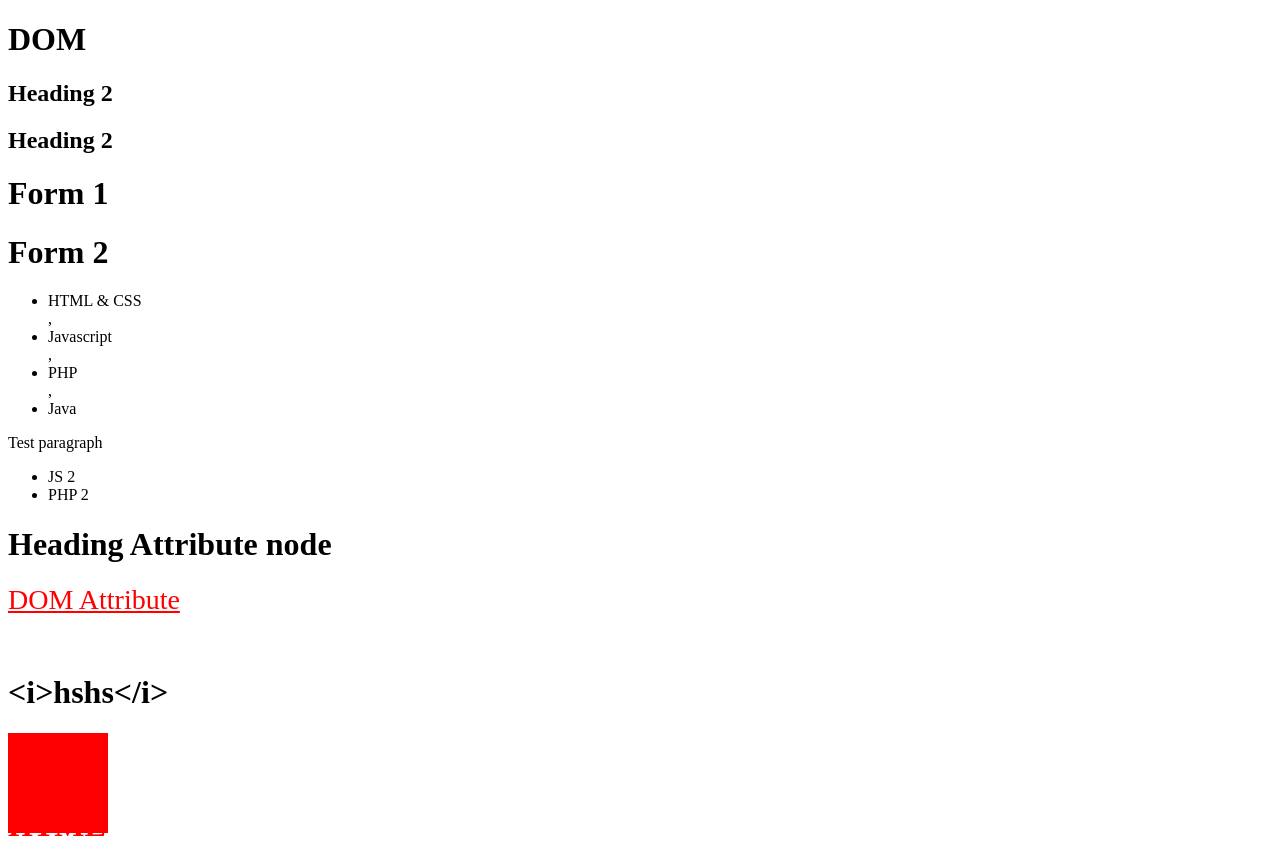
Repository: tannv3201/learn_JS_F8
Page: DOM/index.html
These files come from the project's save history. The page is drawn as it stood at one moment and after a run of saves; the edit follows.
The browser window is 1280 px wide. The pictures show the whole page.

Above is the page before, as saved 2022-08-08 13:27:59.

### DOM/index.html
<!DOCTYPE html>
<html lang="en">

<head>
  <meta charset="UTF-8" />
  <meta http-equiv="X-UA-Compatible" content="IE=edge" />
  <meta name="viewport" content="width=device-width, initial-scale=1.0" />
  <title>DOM</title>
</head>

<body>
  <h1 id="heading">DOM</h1>
  <h2 class="sub-heading"></h2>
  <h2 class="sub-heading"></h2>
  <h2 class="sub-heading"></h2>
  <p></p>
  <p></p>
  <div class="box">
    <h2 class="heading-2">Heading 2</h2>
    <h2 class="heading-2">Heading 2</h2>
  </div>

  <form action="" id="form1">
    <h1>Form 1</h1>
  </form>
  <form action="" id="form2">
    <h1>Form 2</h1>
  </form>

  <a href="" name="youtube"></a>

  <div class="box-1">
    <ul>
      <li>JS 1</li>
      <li>PHP 1</li>
    </ul>
    <p>Test paragraph</p>
  </div>
  <div class="box-2">
    <ul>
      <li>JS 2</li>
      <li>PHP 2</li>
    </ul>
  </div>

  <div class="box-attr">
    <h1 id="heading-attr" class="heading-attr" title="Heading">
      Heading Attribute node
    </h1>
  </div>

  <a id="dom-attr" contenteditable="">
    DOM Attribute
  </a>

  <h1 class="heading-innertext">
    Heading Text
    <style>
      .boxx {
        width: 100px;
        height: 100px;
      }
    </style>
  </h1>

  <!-- innerHTML & outerHTML -->
  <div class="box-element">

  </div>
  <ul class="courses-list">

  </ul>
  <script src="./main.js"></script>
</body>

</html>

### DOM/main.js
/**
* @type {HTMLElement}
*/
/**
 * DOM:
  Là quy chuẩn mô tả mô hình của các thành phần trong tài liệu HTML được đưa ra bởi W3C.
 - DOM (Document Object Model) có 3 thành phần:
    1. Element
    2. Attribute
    3. Text
 */

/**
 * DOM API
 Là bộ API nằm trong Web API có mặt trên những môi trường hỗ trợ duyệt web - như trên trình duyệt. DOM API cung cấp các đối tượng và phương thức hỗ trợ truy xuất, chỉnh sửa các đối tượng / thành phần trong DOM.
 */

/**
 * JS cung cấp phương tiện truy xuất HTML DOM
 * JS: Brower | Server (NodeJS)
 * Brower: HTML -> DOM -> DOM API
 * API: Application Programming Interface
 */

/**
 * Document object
 */

// Get element methods
// ID
// var headingNode = document.getElementById('heading')
// console.log(headingNode)

// query selector
var headingNode = document.querySelector('.box .heading-2:nth-child(2)')
console.log('querySelector', headingNode)

var headingNodes = document.querySelectorAll('.heading-2')
console.log('querySelectorAll', headingNodes)
console.log('querySelectorAll[]',headingNodes[0])

// Collection (a, form, images, ...)
console.log('document.forms[\'form1\']',document.forms['form1'])
console.log('document.forms',document.forms)
console.log('document.forms.form2', document.forms.form2)
console.log('document.anchors',document.anchors) // trả về các thẻ a có attribute name=""


// class: lấy ra số nhiều (mảng)
var subHeadingNodes = document.getElementsByClassName('sub-heading')
console.log('getElementsByClassName', subHeadingNodes)

// tag : tương tự như class
var tagName = document.getElementsByTagName('p')
console.log(tagName)


// Ví dụ
var boxNode =
    document.querySelector('.box-1');
// Công việc 1: sử dụng `boxNode`
console.log(boxNode)

// Công việc 2: sử dụng tới các li element là con của `.box-1`
console.log(boxNode.querySelectorAll('li'))
console.log(boxNode.querySelector('p'))

// 1. getElementById: trả về trực tiếp Element
// 2. getElementsByClassName: trả về HTMLCollection (mảng), muốn get Element phải dùng index []
console.log('querySelectorAll[]',headingNodes[0])
// 3. getElementsByTagName: trả về HTMLCollection (mảng)
// 4. querySelector: trả về trực tiếp Element
// 5. querySelectorAll: trả về NodeList
// 6. HTML Collection (form, a, images, ...)
console.log('document.forms',document.forms)
console.log('document.forms[\'form1\']',document.forms['form1'])
console.log('document.forms[O]',document.forms[0])
console.log('document.forms.form2', document.forms.form2)

// 7. document.write: in ra ngay sau khi được thực thi

//*******************************************************************

// Attribute node & Text node
// Được lấy ra từ node Element

// ******************************************************************
// DOM attributes

// seter: set giá trị bằng toán tử gán
var domAttr = document.querySelector('#dom-attr')
domAttr.title = 'heading' //chỉ xuất hiện khi js được thực thi
domAttr.className = 'className'
domAttr.href = '#'
console.log(domAttr)

// Set attribute không hợp lệ cho một Element nào đó (set tùy biến)
// setAttribute(tên attr, giá trị của attr)
domAttr.setAttribute('alt', '#')

// get value của attribute
// Được thêm HTML hay JS element tồn tại trong DOM -> đều có thể get được
//
console.log(domAttr.getAttribute('id'))
console.log(domAttr.getAttribute('title'))
console.log(domAttr.title) // chỉ dùng khi attribute hợp lệ
domAttr.setAttribute('style','font-size:28px; color:red;')


// *****************************************************************
// InnerText vs textContent Property:

// innerText: là thuộc tính của ElementNode (phải đi qua Node này)
// innerText:
// Chỉ lấy ra những gì hiển thị trên trình duyệt
// dùng ES6 ``. các khoảng cách sẽ chuyển thành thẻ <br>
var headingElement = document.querySelector('.heading-innertext')
console.log('inner Text: ',headingElement.innerText)
// headingElement.innerText = 'New Heading'

// textContent
// Bỏ qua các tag nhưng vẫn Lấy ra khoảng cách thực sự của Element, kể cả là css
// dùng ES6 ``. vẫn hiển thị khoảng cách nhưng HTML không hiểu

console.log('text Content: ',headingElement.textContent)
 headingElement.innerText = `
 <i>hshs</i>`
console.log('inner Text: ',headingElement.innerText)


// ******************************************************************
// Thêm attributeNode, textNode, Element vào trong 1 Element trong DOM
// innerHTML & outerHTML là 2 thuộc tính của ElementNode
// InnerHTML
    var boxElement = document.querySelector('.box-element');
    boxElement.innerHTML = '<h1 style="color:red;">Đây là inner HTML</h1>' //Thêm trực tiếp dưới dạng ElementNode, bỏ tag đi sẽ thành textNode
    console.log(boxElement.querySelector('h1').innerText)

// OuterHTML

    // Bài tập
    var coursess = ['HTML & CSS', 'Javascript', 'PHP', 'Java']

    function render(courses) {
        const ul = document.querySelector('ul');
        const output = courses.map((items)=>{
            return `<li>${items}</li>`
        })
        // output.join('') có hoặc k đều được
        ul.innerHTML = output

    }
    render(coursess)

    // ****************************************
    // Node properties
    console.log(boxElement.baseURI)

    // *********************
// DOM Style
var boxElement2 = document.querySelector('.box-element');
boxElement2.style.width = '100px';
boxElement2.style.height = '100px';
boxElement2.style.backgroundColor = 'red';

console.log(boxElement2)

After the next 2 saves:
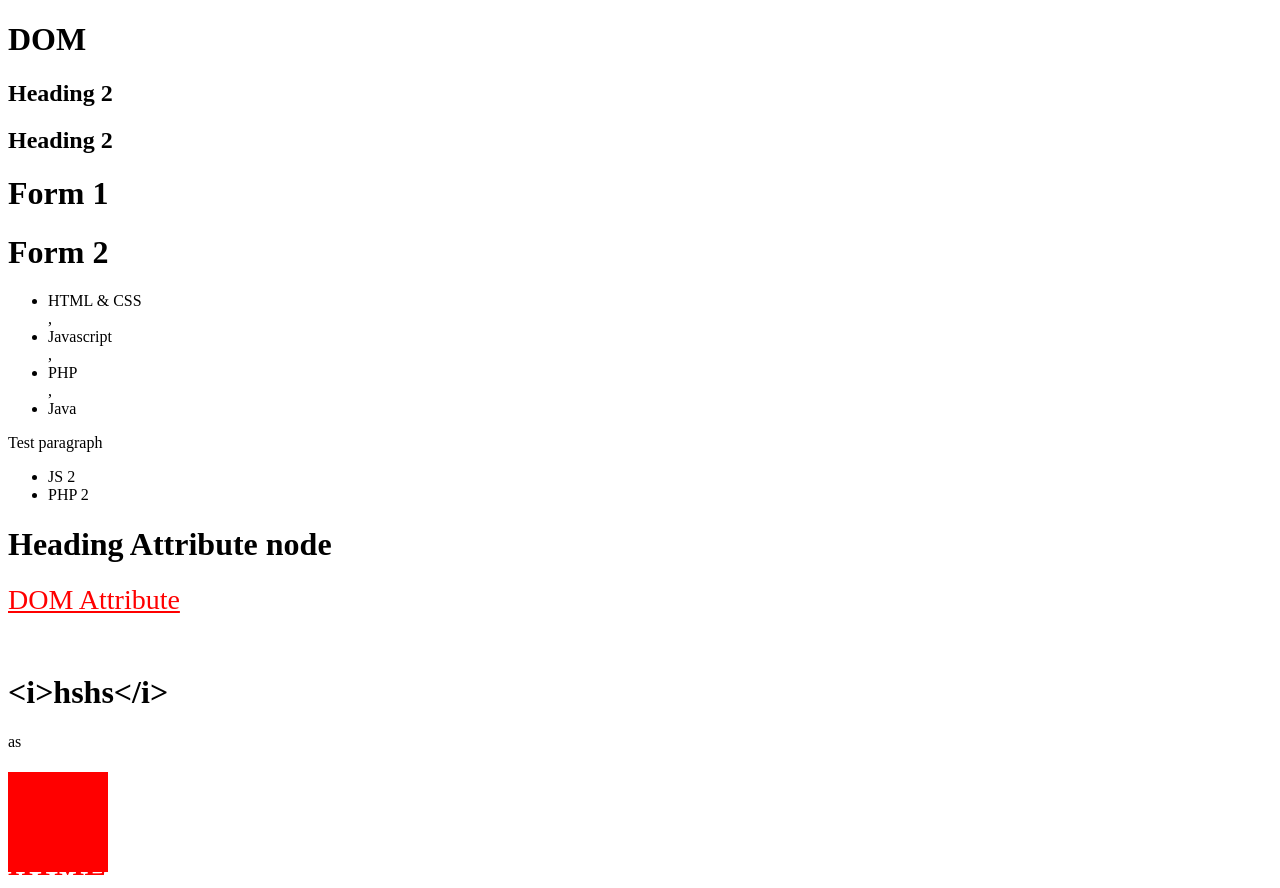
The 2 saves are shown as one change because they came seconds apart.
The last was saved 2 min 17 s later.
--- a/DOM/index.html
+++ b/DOM/index.html
@@ -2,75 +2,75 @@
 <html lang="en">
 
 <head>
-  <meta charset="UTF-8" />
-  <meta http-equiv="X-UA-Compatible" content="IE=edge" />
-  <meta name="viewport" content="width=device-width, initial-scale=1.0" />
-  <title>DOM</title>
+    <meta charset="UTF-8" />
+    <meta http-equiv="X-UA-Compatible" content="IE=edge" />
+    <meta name="viewport" content="width=device-width, initial-scale=1.0" />
+    <title>DOM</title>
 </head>
 
 <body>
-  <h1 id="heading">DOM</h1>
-  <h2 class="sub-heading"></h2>
-  <h2 class="sub-heading"></h2>
-  <h2 class="sub-heading"></h2>
-  <p></p>
-  <p></p>
-  <div class="box">
-    <h2 class="heading-2">Heading 2</h2>
-    <h2 class="heading-2">Heading 2</h2>
-  </div>
+    <h1 id="heading">DOM</h1>
+    <h2 class="sub-heading"></h2>
+    <h2 class="sub-heading"></h2>
+    <h2 class="sub-heading"></h2>
+    <p></p>
+    <p></p>
+    <div class="box">
+        <h2 class="heading-2">Heading 2</h2>
+        <h2 class="heading-2">Heading 2</h2>
+    </div>
 
-  <form action="" id="form1">
-    <h1>Form 1</h1>
-  </form>
-  <form action="" id="form2">
-    <h1>Form 2</h1>
-  </form>
+    <form action="" id="form1">
+        <h1>Form 1</h1>
+    </form>
+    <form action="" id="form2">
+        <h1>Form 2</h1>
+    </form>
 
-  <a href="" name="youtube"></a>
+    <a href="" name="youtube"></a>
 
-  <div class="box-1">
-    <ul>
-      <li>JS 1</li>
-      <li>PHP 1</li>
-    </ul>
-    <p>Test paragraph</p>
-  </div>
-  <div class="box-2">
-    <ul>
-      <li>JS 2</li>
-      <li>PHP 2</li>
-    </ul>
-  </div>
+    <div class="box-1">
+        <ul>
+            <li>JS 1</li>
+            <li>PHP 1</li>
+        </ul>
+        <p>Test paragraph</p>
+    </div>
+    <div class="box-2">
+        <ul>
+            <li>JS 2</li>
+            <li>PHP 2</li>
+        </ul>
+    </div>
 
-  <div class="box-attr">
-    <h1 id="heading-attr" class="heading-attr" title="Heading">
-      Heading Attribute node
-    </h1>
-  </div>
+    <div class="box-attr">
+        <h1 id="heading-attr" class="heading-attr" title="Heading">
+            Heading Attribute node
+        </h1>
+    </div>
 
-  <a id="dom-attr" contenteditable="">
+    <a id="dom-attr" contenteditable="">
     DOM Attribute
   </a>
 
-  <h1 class="heading-innertext">
-    Heading Text
-    <style>
-      .boxx {
-        width: 100px;
-        height: 100px;
-      }
-    </style>
-  </h1>
+    <h1 class="heading-innertext">
+        Heading Text
+        <style>
+            .boxx {
+                width: 100px;
+                height: 100px;
+            }
+        </style>
+    </h1>
+    as
+    <!-- innerHTML & outerHTML -->
+    <div class="box-element">
 
-  <!-- innerHTML & outerHTML -->
-  <div class="box-element">
+    </div>
+    <ul class="courses-list">
 
-  </div>
-  <ul class="courses-list">
-
-  </ul>
-  <script src="./main.js"></script>
+    </ul>
+    <script src="./main.js"></script>
 </body>
 
 </html>
